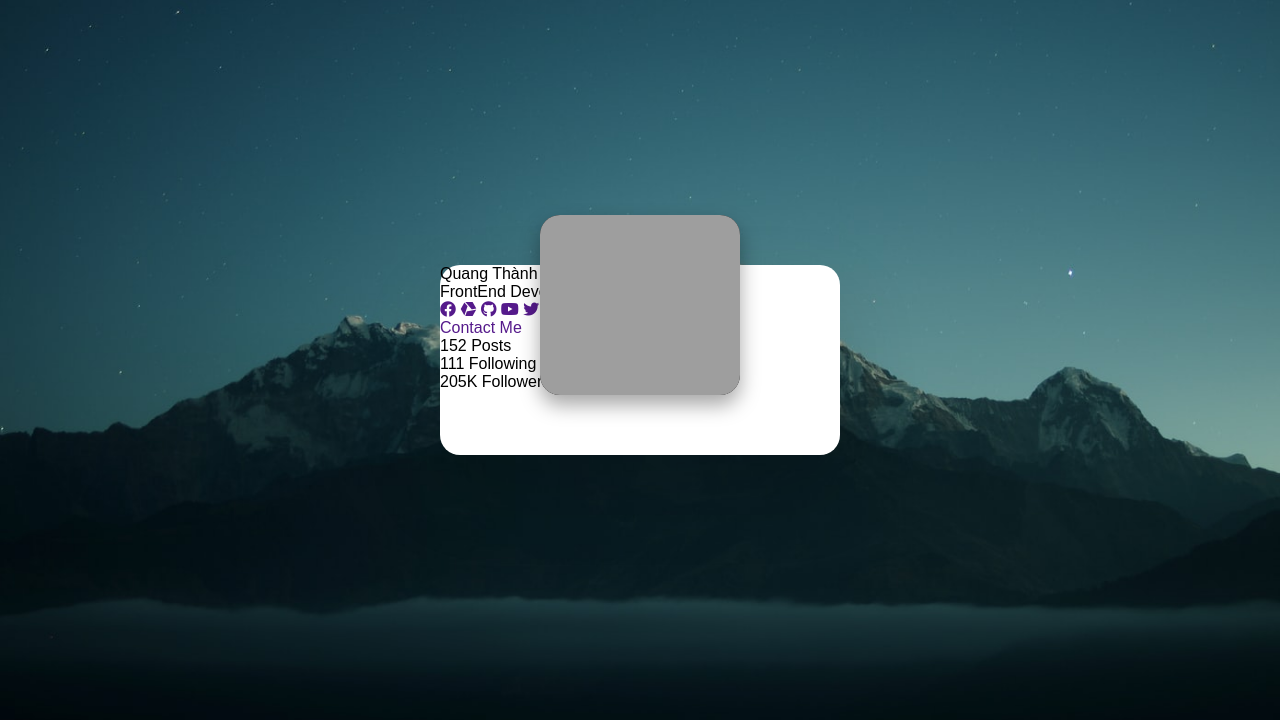
Repository: QuangThanh152/Profile-me
Page: index.html
The author's editor kept a copy of each file at every save. The page is drawn from the files as they stood at one save, then again after the next save.
The browser window is 1280 px wide. The pictures show the whole page.
Pictures or frames that could not be fetched are drawn as grey boxes.

Above is the page before, as saved 2022-10-07 15:06:59.

### index.html
<!DOCTYPE html>
<html lang="en">
<head>
    <meta charset="UTF-8">
    <meta http-equiv="X-UA-Compatible" content="IE=edge">
    <meta name="viewport" content="width=device-width, initial-scale=1.0">
    <link rel="stylesheet" href="./accets/font/fontawesome-free-6.1.2-web/css/all.min.css">
    <link rel="stylesheet" href="./accets/main.css">
    <title>Profile-QT</title>
</head>
<body>
    <div class="card">
        <div class="card-header">
            <img src="./accets/img/IMG_20220202_135645.jpg" alt="" class="img-me">
        </div>
        <div class="name">Quang Thành</div>
        <div class="desc">FrontEnd Developer</div>
        <div class="SocialNetwork">
            <a href="" class="icon"><i class="fa-brands fa-facebook"></i></a>
            <a href="" class="icon"><i class="fa-brands fa-instalod"></i></i></a>
            <a href="" class="icon"><i class="fa-brands fa-github"></i></i></a>
            <a href="" class="icon"><i class="fa-brands fa-youtube"></i></i></a>
            <a href="" class="icon"><i class="fa-brands fa-twitter"></i></i></a>
        </div>
        <a href="" class="btn-contact">Contact Me</a>
        <div class="card-footer">
            <div class="number">
                <div class="item">
                    <span>152</span>
                    Posts
                </div>
            </div>
            <div class="number">
                <div class="item">
                    <span>111</span>
                    Following
                </div>
            </div>
            <div class="number">
                <div class="item">
                    <span>205K</span>
                    Followers
                </div>
            </div>
        </div>
    </div>
</body>
</html>

### accets/main.css
* {
    padding: 0;
    margin: 0;
    box-sizing: border-box;
    font-family: 'Poppins', sans-serif;
    text-decoration: none;
}

body {
    min-height: 100vh;
    background: url(/accets/img/img-big.jpg) no-repeat center;
    background-size: cover;
    display: flex;
    justify-content: center;
    align-items: center;
}

.card {
    position: relative;
    width: 400px;
    height: 190px;
    /* height: 500px; */
    border-radius: 20px;
    background: #fff;
    transition: 0.2s;
    box-shadow: 0 35px 80px rgba(0,0,0,0.15);
}
.card:hover {
    height: 500px;
}
.card-header {
    position: absolute;
    background: rgb(21, 19, 19);
    left: 50%;
    top: -50px;
    transform: translateX(-50%);
    width: 200px;
    height: 180px;
    border-radius: 20px;
    box-shadow: 0 10px 20px rgba(0,0,0,0.35);
    overflow: hidden;
    transition: 0.3s;
}
.card:hover .card-header {
    width: 250px;
    height: 250px;
    transition: 0.2s;
}
.img-me {
    position: absolute;
    top: 0;
    left: 0;
    width: 100%;
    height: 100%;
    object-fit: cover;
}

Loaded but not shown: accets/font/fontawesome-free-6.1.2-web/css/all.min.css (library)

After the next save:
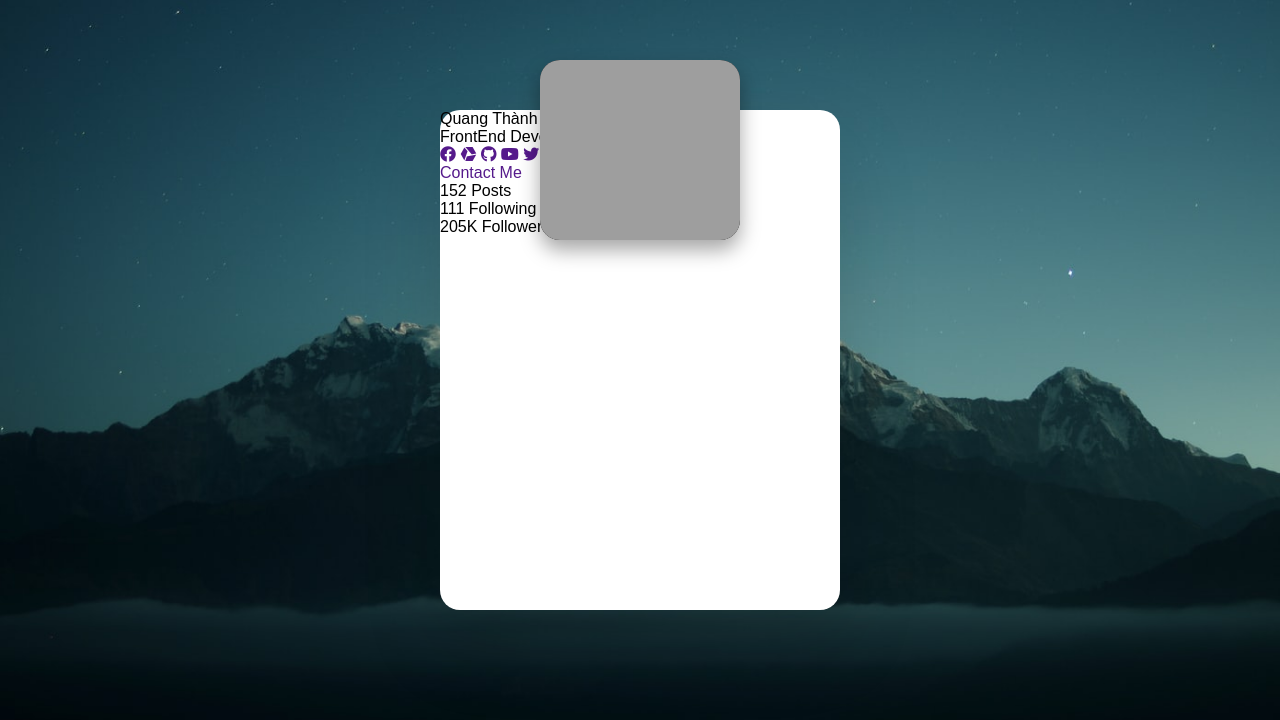
Saved 27 s later.
--- a/accets/main.css
+++ b/accets/main.css
@@ -18,8 +18,8 @@ body {
 .card {
     position: relative;
     width: 400px;
-    height: 190px;
-    /* height: 500px; */
+    /* height: 190px; */
+    height: 500px;
     border-radius: 20px;
     background: #fff;
     transition: 0.2s;
